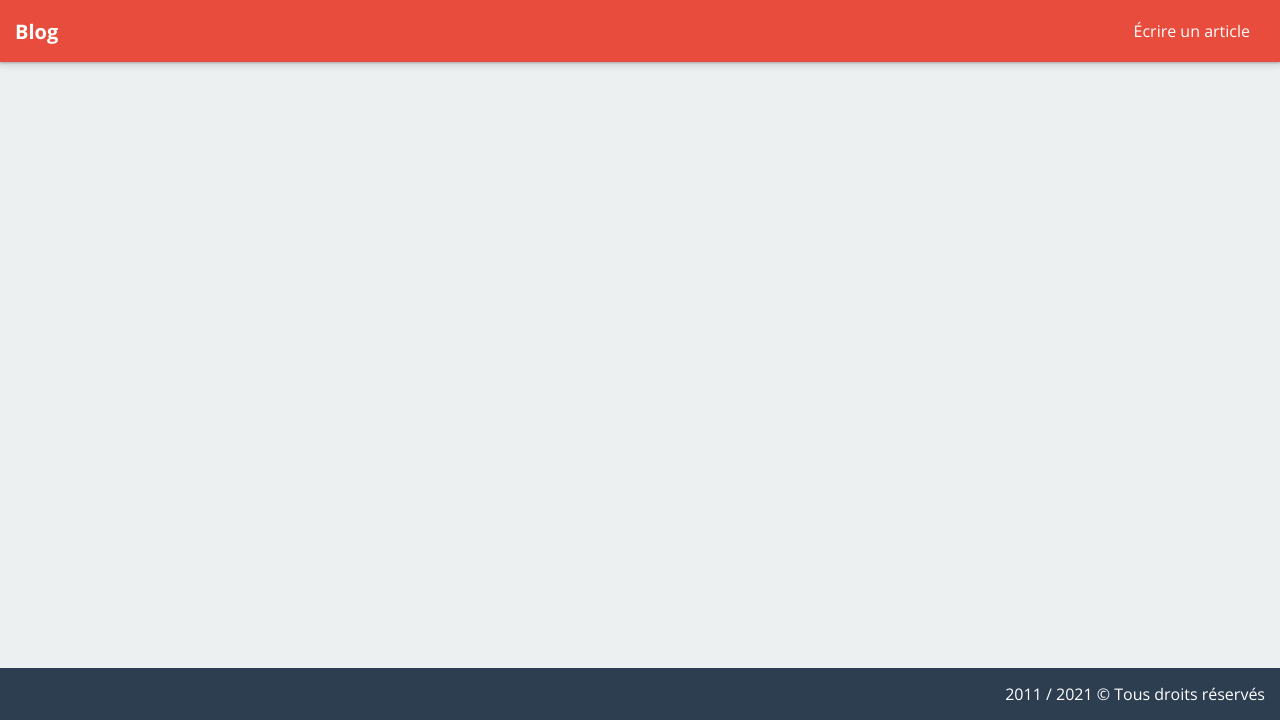
Repository: Yannis699/Projet_blog
Page: http://localhost/add-article.php
The author's editor kept a copy of each file at every save. The page is drawn from the files as they stood at one save, then again after a run of saves.
The browser window is 1280 px wide. The pictures show the whole page.
The page is run by PHP 8.4 with error messages shown; the project is at /var/www/html/.

Above is the page before, as saved 2022-05-19 21:18:55.

### blog/add-article.php


<!DOCTYPE html>
<html lang="en">

<head>
    <?php require_once 'includes/head.php' ?>
    <link rel="stylesheet" href="public/css/add-article.css">
    <title>Créer un article</title>
</head>

<body>
    <div class="container">
        <?php require_once 'includes/header.php' ?>
        <div class="content">

        </div>
        <?php require_once 'includes/footer.php' ?>
    </div>

</body>

</html>

### blog/includes/head.php
<meta charset="UTF-8">
<meta http-equiv="X-UA-Compatible" content="IE=edge">
<meta name="viewport" content="width=device-width, initial-scale=1.0">
<link rel="stylesheet" href="public/css/style.css">
<script defer src="public/js/index.js"></script>
<link rel="preconnect" href="https://fonts.gstatic.com">
<link href="https://fonts.googleapis.com/css2?family=Open+Sans:wght@400;700&display=swap" rel="stylesheet">

### blog/includes/header.php


<header>
   <a href="/" class="logo">Blog</a>
   <ul class="header-menu">
       <li class="">
           <a href="/add-article.php"> Écrire un article </a>
       </li>
   </ul>
</header>

### blog/includes/footer.php
<footer>
    <p>2011 / 2021 © Tous droits réservés</p>
</footer>

### blog/public/css/style.css
/* theme */
:root {
  --font-family: 'Open Sans', sans-serif;
  --primary: #e74c3c;
  --primary-dark: #c0392b;
  --dark: #2c3e50;
  --danger: #e74c3c;
  --background-light: #ecf0f1;
  --text-color: #444;
  --text-color-light: #fff;
  --box-shadow: rgba(60, 64, 67, 0.3) 0px 1px 2px 0px,
    rgba(60, 64, 67, 0.15) 0px 2px 6px 2px;
  --border: 1px solid #eee;
}

/* reset */

* {
  box-sizing: border-box;
}

html,
body {
  overflow: hidden;
  margin: 0;
  padding: 0;
  font-size: 10px;
  font-family: var(--font-family);
  background-color: var(--background-light);
}

h1,
p {
  margin: 0;
}

h1 {
  margin-bottom: 1rem;
}

ul {
  padding: 0;
  list-style-type: none;
}

a {
  color: inherit;
  text-decoration: none;
}

/* container */

.container {
  font-size: 1.6rem;
  min-height: 100vh;
  display: flex;
  flex-flow: column;
  color: var(--text-color);
}

/* text */

.text-danger {
  color: var(--danger);
  font-size: 1.2rem;
  font-weight: bold;
}

/* button */

.btn {
  background-color: white;
  font-weight: 700;
  color: var(--text-color);
  font-size: 1.6rem;
  border: 0;
  padding: 10px 15px;
  cursor: pointer;
  border-radius: 3px;
  margin: 0 5px;
  box-shadow: var(--box-shadow);
}

.btn-primary {
  background-color: var(--primary);
  color: var(--text-color-light);
}

.btn-danger {
  background-color: var(--danger);
  color: var(--text-color-light);
}

.btn-small {
  padding: 5px 10px;
  font-size: 1.4rem;
}

.low-opacity {
  opacity: 0.5;
}

/* header */

header {
  background-color: var(--primary);
  padding: 1.5rem;
  box-shadow: var(--box-shadow);
  color: var(--text-color-light);
  display: flex;
  flex-flow: row nowrap;
  justify-content: space-between;
  align-items: center;
}

.header-menu {
  margin: 0;
}

.header-menu>li {
  border-radius: 3px;
  padding: 5px 15px;
  transition: background-color 0.2s;
}

.header-menu>li:hover{
background-color: var(--primary-dark);
}

.logo {
  font-weight: 700;
  font-size: 2rem;
  color: var(--text-color-light);
}

/* footer */

footer {
  background: var(--dark);
  display: flex;
  flex-flow: row-reverse;
  color: var(--text-color-light);
  padding: 1.5rem;
}

/* content  */

.content {
  flex: 1;
  display: flex;
  flex-flow: row;
  justify-content: center;
  align-items: center;
}

### blog/public/js/index.js
console.log('Hello Dyma !');

### blog/public/css/add-article.css
.form-container {
    display: flex;
    flex-flow: column;
    width: 60rem;
}

.form-container h1 {
 margin-bottom: 2rem;
}

.form-control{
    display: flex;
    flex-flow: column;
    margin: 1rem 0;
}

.form-control-label {
    margin-bottom: 1rem;
}

.form-control input {
    border: var(--border);
    border-radius: 3px;
    padding: 1rem 1.5rem;
}

.form-control select {
    border: var(--border);
    padding: 1rem 1.5rem;
}

.form-control textarea {
    border: var(--border);
    padding: 1rem 1.5rem;
    min-height: 20rem;
}

.form-actions {
    display: flex;
    flex-flow: row nowrap;
    justify-content: flex-end;
}

After the next 3 saves:
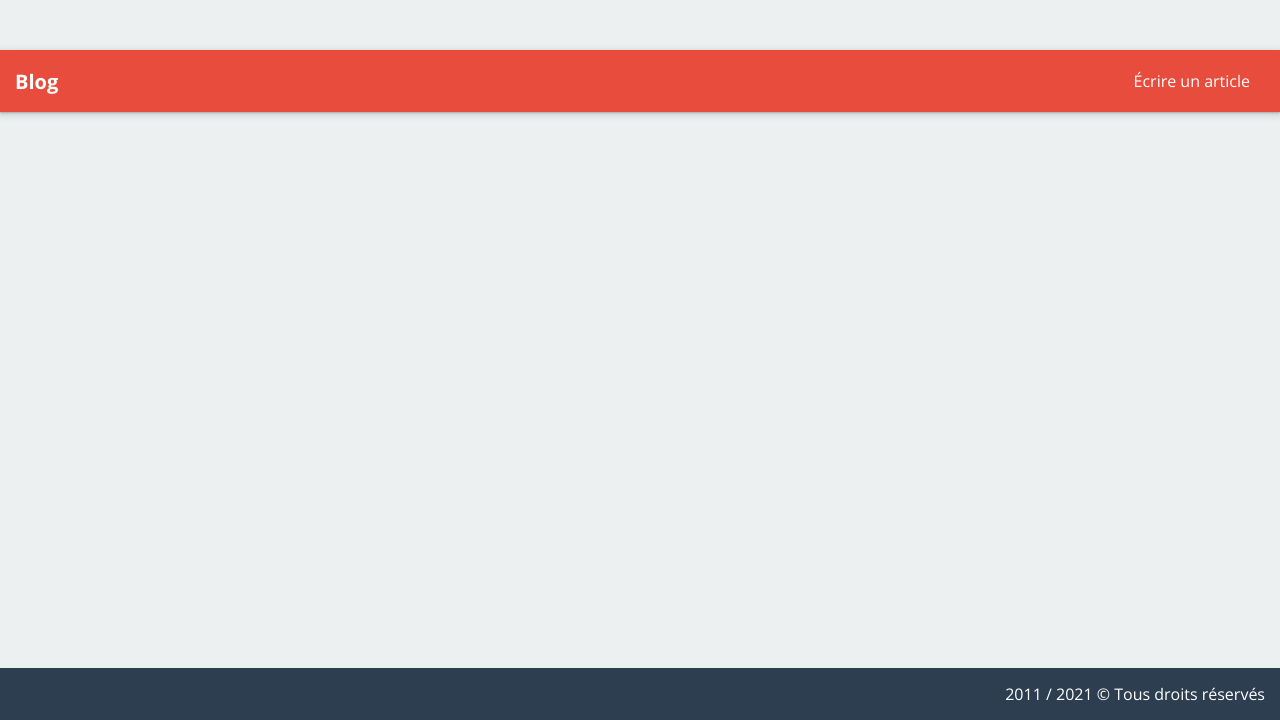
The 3 saves are shown as one change because they came seconds apart.
The last was saved 6 s later.
--- a/blog/includes/header.php
+++ b/blog/includes/header.php
@@ -1,4 +1,6 @@
+<pre>
 
+</pre>
 
 <header>
    <a href="/" class="logo">Blog</a>
